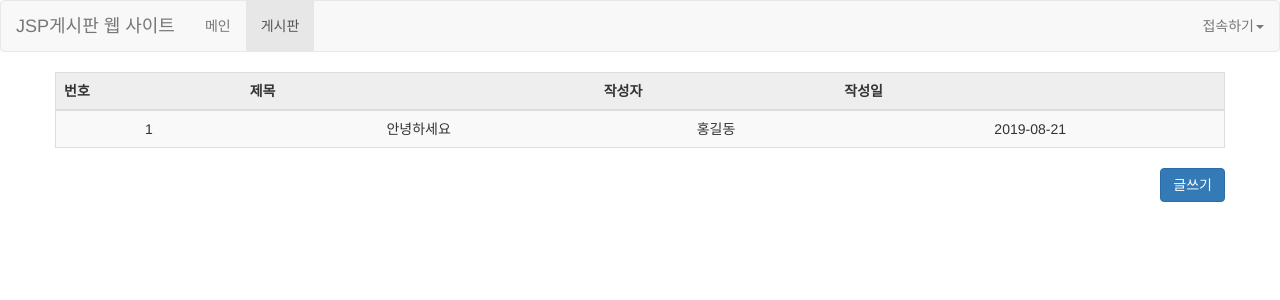
Repository: endol007/TripPuzzle
Page: http://localhost/BBS/write.jsp
The author's editor kept a copy of each file at every save. The page is drawn from the files as they stood at one save, then again after the next save.
The browser window is 1280 px wide. The pictures show the whole page.
Some web libraries are served in a nearby version. The page is served by Tomcat 9. Other server files are loaded and not shown.

Above is the page before, as saved 2019-08-20 17:19:13.

### Yun/JSP 커뮤니티/Project/BBS/WebContent/write.jsp
<%@ page language="java"
contentType="text/html; charset=UTF-8" pageEncoding="UTF-8"%>
<%@ page import="java.io.PrintWriter" %>
<!DOCTYPE html>
<html>
<head>
<meta charset="UTF-8">
<meta name="viewport" content="width=device-width", initial-scale="1">
<link rel="stylesheet" href="css/bootstrap.css">
<title>로그인</title>
</head>
<body>
<%
String userID = null;
if(session.getAttribute("userID")!=null){
	userID = (String) session.getAttribute("userID");
}

%>
<nav class="navbar navbar-default">
<div class="navbar-header">
<button type="button" class="navbar-toggle collapsed"
data-toggle="collapse" data-target="#bs-example-navbar-collapse-1"
aria-expanded="false">
<span class="icon-bar"></span>
<span class="icon-bar"></span>
<span class="icon-bar"></span>
</button>
<a class="navbar-brand" href="main.jsp">JSP게시판 웹 사이트</a>
</div>
<div class="collapse navbar-collapse" id="bs-example-navbar-collapse-1">
<ul class="nav navbar-nav">
<li><a href="main.jsp">메인</a></li>
<li class="active"><a href="bbs.jsp">게시판</a></li>
</ul>
<%
	if(userID==null){
		%>
		<ul class="nav navbar-nav navbar-right">
<li class="dropdown">
<a href="#" class="dropdown-toggle"
data-toggle="dropdown" role="button" aria-haspopup="true"
aria-expanded="false">접속하기<span class="caret"></span></a>
<ul class="dropdown-menu">
<li><a href="login.jsp">로그인</a></li>
<li><a href="join.jsp">회원가입</a></li>
</ul>
</li></ul>
		<%
	} else{
		%>
		<ul class="nav navbar-nav navbar-right">
<li class="dropdown">
<a href="#" class="dropdown-toggle"
data-toggle="dropdown" role="button" aria-haspopup="true"
aria-expanded="false">회원관리<span class="caret"></span></a>
<ul class="dropdown-menu">
<li><a href="logoutAction.jsp">로그아웃</a></li>
</ul>
</li></ul>
		<%
	}
%>

</div>
</nav>
<div class="container">
<div class="row">
<table class="table table-striped" style="text-align:center; border: 1px solid #dddddd">
<thead>
<tr>
<th style="background-color:#eeeeee; textalign: center;">번호</th>
<th style="background-color:#eeeeee; textalign: center;">제목</th>
<th style="background-color:#eeeeee; textalign: center;">작성자</th>
<th style="background-color:#eeeeee; textalign: center;">작성일</th>
</tr>
</thead>
<tbody>
<tr>
<td>1</td>
<td>안녕하세요</td>
<td>홍길동</td>
<td>2019-08-21</td>
</tr>
</tbody>
</table>
<a href="write.jsp" class="btn btn-primary pull-right">글쓰기</a>
</div>
</div>
<script src="http://code.jquery.com/jquery-3.1.1.min.js"></script>
<script src=js/bootstrap.js></script>

</body>
</html>

Loaded but not shown: Yun/JSP 커뮤니티/Project/BBS/WebContent/css/bootstrap.css (library); Yun/JSP 커뮤니티/Project/BBS/WebContent/js/bootstrap.js (library)

After the next save:
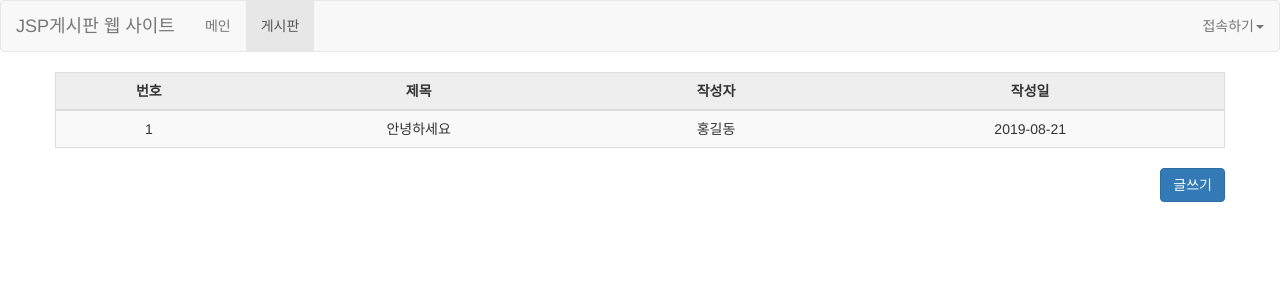
Saved 88 s later.
--- a/Yun/JSP 커뮤니티/Project/BBS/WebContent/write.jsp
+++ b/Yun/JSP 커뮤니티/Project/BBS/WebContent/write.jsp
@@ -69,10 +69,10 @@
 <table class="table table-striped" style="text-align:center; border: 1px solid #dddddd">
 <thead>
 <tr>
-<th style="background-color:#eeeeee; textalign: center;">번호</th>
-<th style="background-color:#eeeeee; textalign: center;">제목</th>
-<th style="background-color:#eeeeee; textalign: center;">작성자</th>
-<th style="background-color:#eeeeee; textalign: center;">작성일</th>
+<th style="background-color:#eeeeee; text-align: center;">번호</th>
+<th style="background-color:#eeeeee; text-align: center;">제목</th>
+<th style="background-color:#eeeeee; text-align: center;">작성자</th>
+<th style="background-color:#eeeeee; text-align: center;">작성일</th>
 </tr>
 </thead>
 <tbody>
